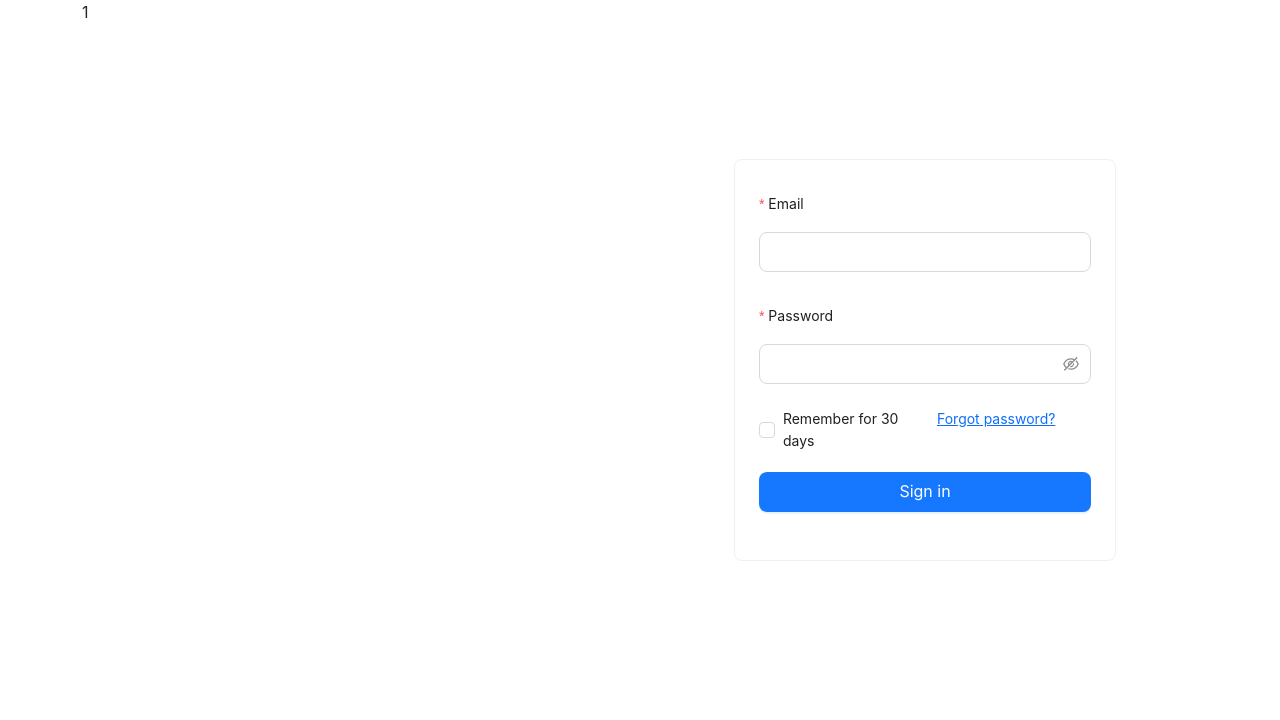
Repository: di-huynh-dev/kanban-inventory-management
Page: /
These files come from the project's save history. The page is drawn as it stood at one moment and after the next save; the edit follows.
The browser window is 1280 px wide. The pictures show the whole page.
The project was rebuilt for these pictures with package versions that can differ from the ones it lists, and the page was loaded fresh each time. Also part of the build but not shown: src/App.css, src/pages/auth/SignUp.tsx, src/routers/MainRouter.tsx.

Above is the page before, as saved 2024-09-07 12:13:44.

### public/index.html
<!DOCTYPE html>
<html lang="en">
  <head>
    <meta charset="utf-8" />
    <link rel="icon" href="%PUBLIC_URL%/favicon.ico" />
    <meta name="viewport" content="width=device-width, initial-scale=1" />
    <meta name="theme-color" content="#000000" />
    <meta
      name="description"
      content="Web site created using create-react-app"
    />
    <link rel="apple-touch-icon" href="%PUBLIC_URL%/logo192.png" />
    <link
      rel="stylesheet"
      href="https://cdn.jsdelivr.net/npm/bootstrap@5.3.2/dist/css/bootstrap.min.css"
      integrity="sha384-T3c6CoIi6uLrA9TneNEoa7RxnatzjcDSCmG1MXxSR1GAsXEV/Dwwykc2MPK8M2HN"
      crossorigin="anonymous"
    />
    <!--
      manifest.json provides metadata used when your web app is installed on a
      user's mobile device or desktop. See https://developers.google.com/web/fundamentals/web-app-manifest/
    -->
    <link rel="manifest" href="%PUBLIC_URL%/manifest.json" />
    <!--
      Notice the use of %PUBLIC_URL% in the tags above.
      It will be replaced with the URL of the `public` folder during the build.
      Only files inside the `public` folder can be referenced from the HTML.

      Unlike "/favicon.ico" or "favicon.ico", "%PUBLIC_URL%/favicon.ico" will
      work correctly both with client-side routing and a non-root public URL.
      Learn how to configure a non-root public URL by running `npm run build`.
    -->
    <title>React App</title>
  </head>
  <body>
    <noscript>You need to enable JavaScript to run this app.</noscript>
    <div id="root"></div>
    <!--
      This HTML file is a template.
      If you open it directly in the browser, you will see an empty page.

      You can add webfonts, meta tags, or analytics to this file.
      The build step will place the bundled scripts into the <body> tag.

      To begin the development, run `npm start` or `yarn start`.
      To create a production bundle, use `npm run build` or `yarn build`.
    -->
  </body>
</html>

### src/index.css
body {
  margin: 0;
  font-family: -apple-system, BlinkMacSystemFont, 'Segoe UI', 'Roboto', 'Oxygen', 'Ubuntu', 'Cantarell', 'Fira Sans',
    'Droid Sans', 'Helvetica Neue', sans-serif;
  -webkit-font-smoothing: antialiased;
  -moz-osx-font-smoothing: grayscale;
}

code {
  font-family: source-code-pro, Menlo, Monaco, Consolas, 'Courier New', monospace;
}

.content-center {
  height: 100vh;
  justify-content: center;
  align-items: center;
  display: flex;
}

### src/App.tsx
import './App.css'
import Routers from './routers/Routers'

function App() {
  return <Routers />
}

export default App

### src/routers/Routers.tsx
import AuthRouter from './AuthRouter'
import MainRouter from './MainRouter'

const Routers = () => {
  return 1 < 2 ? <AuthRouter></AuthRouter> : <MainRouter></MainRouter>
}

export default Routers

### src/routers/AuthRouter.tsx
import { createBrowserRouter, RouterProvider } from 'react-router-dom'
import { LoginPage, SignUpPage } from '../pages'

const authRouter = createBrowserRouter([
  {
    path: '/',
    element: <LoginPage></LoginPage>,
  },
  {
    path: '/sign-up',
    element: <SignUpPage></SignUpPage>,
  },
])
const AuthRouter = () => {
  return (
    <div className="container">
      <div className="row">
        <div className="col">1</div>
        <div className="col content-center">
          <RouterProvider router={authRouter} />
        </div>
      </div>
    </div>
  )
}

export default AuthRouter

### src/pages/index.ts
import LoginPage from './auth/Login'
import SignUpPage from './auth/SignUp'

export { LoginPage, SignUpPage }

### src/pages/auth/Login.tsx
import type { FormProps } from 'antd'
import { Button, Card, Checkbox, Flex, Form, Input } from 'antd'
import { useState } from 'react'
import { Link } from 'react-router-dom'

type FieldType = {
  email?: string
  password?: string
  remember?: string
}

const LoginPage = () => {
  const [isLoading, setIsLoading] = useState(false)
  const [isRemember, setIsRemember] = useState(false)

  const onFinish: FormProps<FieldType>['onFinish'] = (values) => {
    console.log('Success:', values)
  }

  return (
    <>
      <Card
        style={{
          width: '70%',
        }}
      >
        <Form
          layout="vertical"
          initialValues={{ remember: true }}
          onFinish={onFinish}
          disabled={isLoading}
          size="large"
        >
          <Form.Item<FieldType> label="Email" name="email" rules={[{ required: true, message: 'Enter your email!' }]}>
            <Input allowClear maxLength={100} type="email" />
          </Form.Item>

          <Form.Item<FieldType>
            label="Password"
            name="password"
            rules={[{ required: true, message: 'Enter your password!' }]}
          >
            <Input.Password />
          </Form.Item>

          <div className="row">
            <div className="col">
              <Checkbox checked={isRemember} onChange={(val) => setIsRemember(val.target.checked)}>
                Remember for 30 days
              </Checkbox>
            </div>
            <div className="col content-right">
              <Link to={'/'}>Forgot password?</Link>
            </div>
          </div>

          <Form.Item style={{ marginTop: 20 }}>
            <Button type="primary" loading={isLoading} size="large" htmlType="submit" style={{ width: '100%' }}>
              Sign in
            </Button>
          </Form.Item>
        </Form>
      </Card>
    </>
  )
}

export default LoginPage

Loaded but not shown: src/index.tsx (common file); src/reportWebVitals.ts (common file)

After the next save:
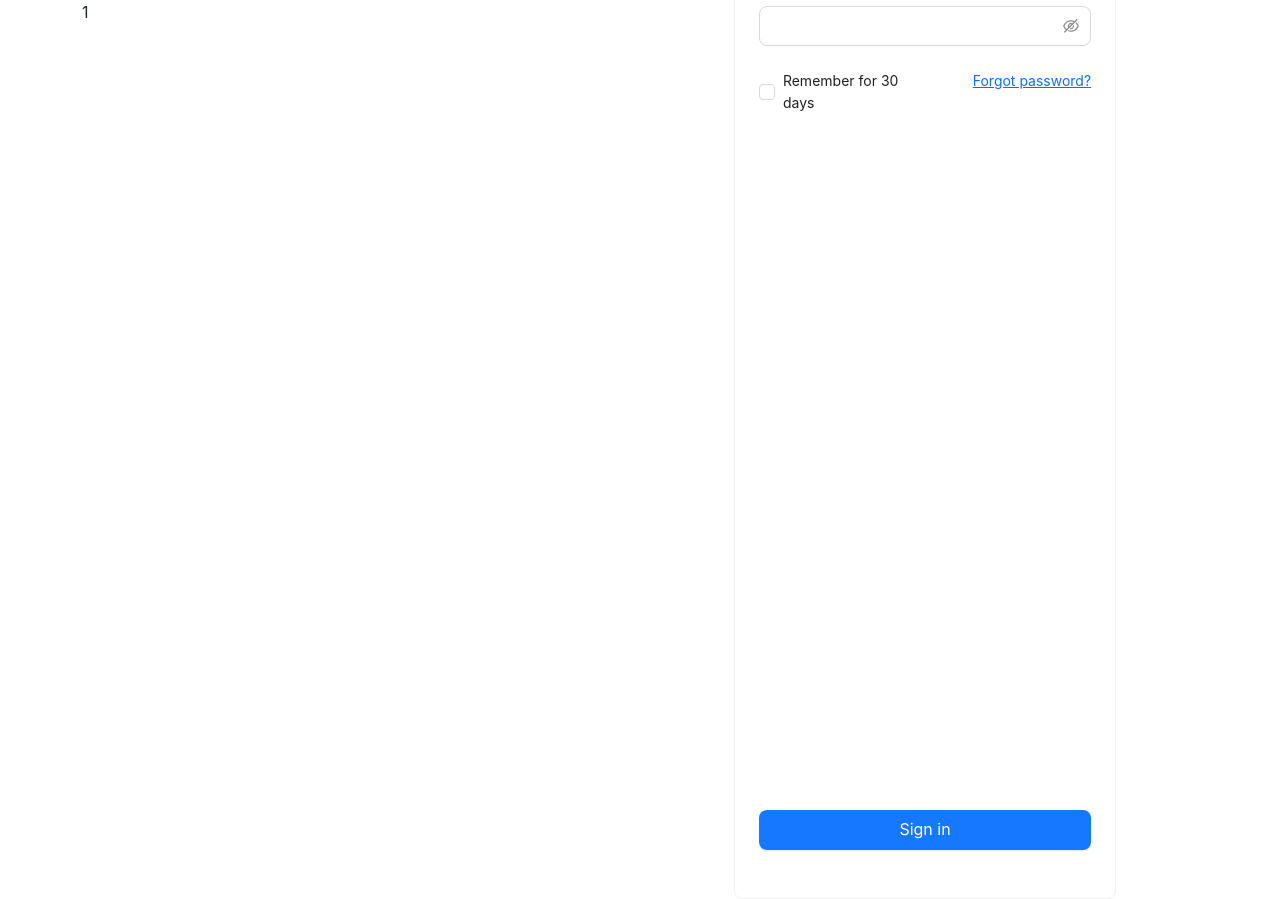
Saved 23 s later.
--- a/src/index.css
+++ b/src/index.css
@@ -16,3 +16,10 @@ code {
   align-items: center;
   display: flex;
 }
+
+.content-right {
+  height: 100vh;
+  justify-content: right;
+  align-items: right;
+  display: flex;
+}

After the save that followed:
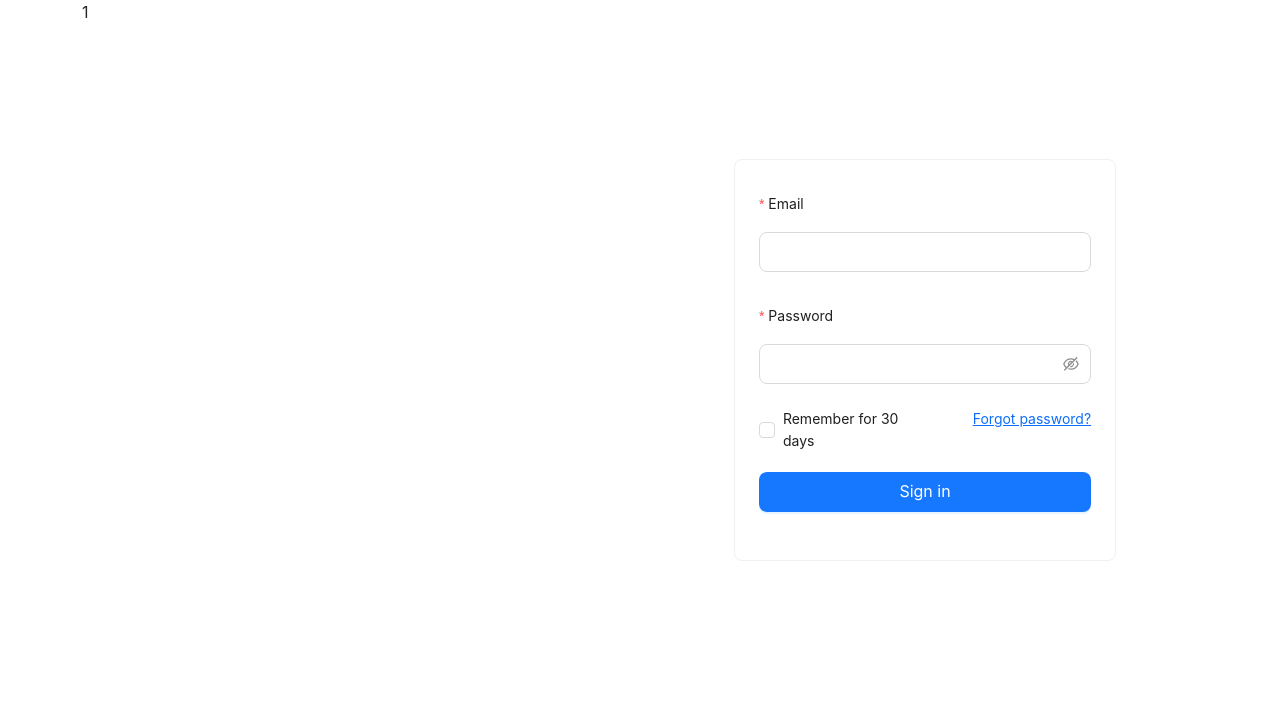
Saved 18 s later.
--- a/src/index.css
+++ b/src/index.css
@@ -18,8 +18,5 @@ code {
 }
 
 .content-right {
-  height: 100vh;
-  justify-content: right;
-  align-items: right;
-  display: flex;
+  text-align: right;
 }
